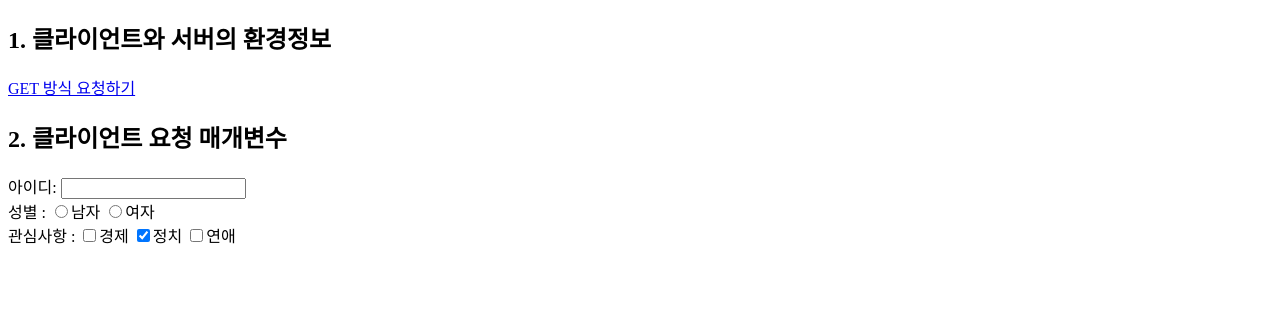
Repository: parkblacksheep/JSP-Servlet
Page: http://localhost/HelloJSP2_2/object/requestMain.jsp
An editor plug-in stored every save of this project. The page is shown before and after the next save, followed by the edit.
The browser window is 1280 px wide. The pictures show the whole page.
The page is served by Tomcat 9.

Above is the page before, as saved 2024-07-25 02:21:39.

### HelloJSP2_2/src/main/webapp/object/requestMain.jsp
<%@ page language="java" contentType="text/html; charset=UTF-8"
    pageEncoding="UTF-8"%>
<!DOCTYPE html>
<html>
<head>
<meta charset="UTF-8">
<title>Insert title here</title>
</head>
<body>
	<h2>1. 클라이언트와 서버의 환경정보 </h2>
	<a href="./requestWebInfo.jsp?eng=Hello&han=안녕"> GET 방식 요청하기</a>
	<br/>
	<form action="requestWebInfo.jsp" method="post">

	</form>
	<h2>2. 클라이언트  요청 매개변수 </h2>
	<form action="post" action="requestParameter.jsp">
		아이디: <input type="text" name="id" value=""><br>
		성별 :
			<input type="radio"name="sex" value="man">남자
			<input type="radio"name="sex" value="waman">여자
			<br>
		관심사항 :
			<input type="checkbox" name="favo" value="eco">경제
			<input type="checkbox" name="favo" value="pol" checked>정치
			<input type="checkbox" name="favo" value="ent">연애 <br>
	</form>
</body>
</html>

After the next save:
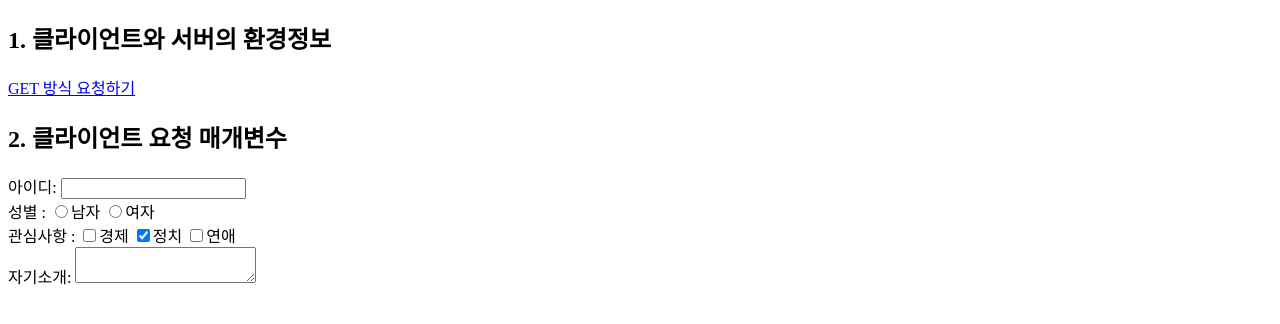
Saved 70 s later.
--- a/HelloJSP2_2/src/main/webapp/object/requestMain.jsp
+++ b/HelloJSP2_2/src/main/webapp/object/requestMain.jsp
@@ -24,6 +24,8 @@
 			<input type="checkbox" name="favo" value="eco">경제
 			<input type="checkbox" name="favo" value="pol" checked>정치
 			<input type="checkbox" name="favo" value="ent">연애 <br>
+		자기소개:
+			<textarea rows="submit" cols=""></textarea>
 	</form>
 </body>
 </html>
